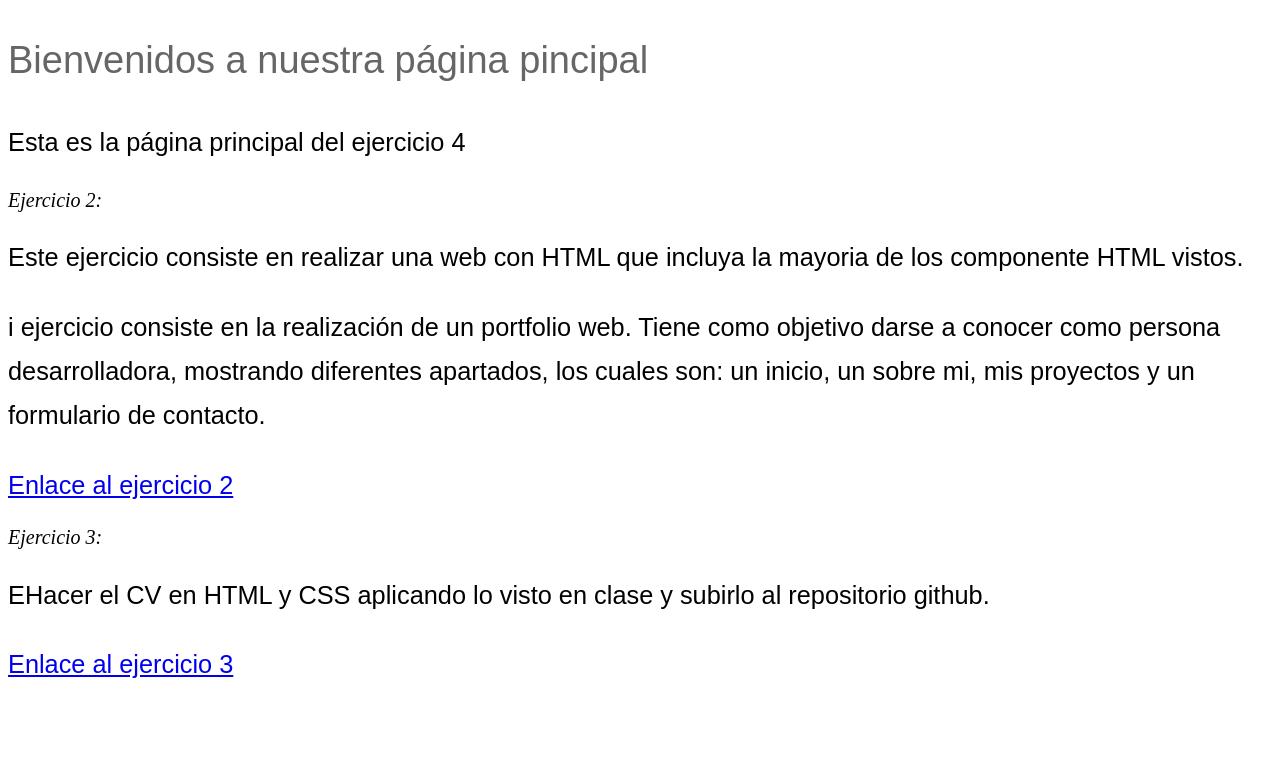
Repository: conmarred/Ejercicio4-Web
Page: Ejercicio4Web/src/main/webapp/index.html
These files come from the project's save history. The page is drawn as it stood at one moment and after the next save; the edit follows.
The browser window is 1280 px wide. The pictures show the whole page.
Some web fonts or font styles are not loaded; a fallback is used.

Above is the page before, as saved 2022-03-09 12:25:53.

### Ejercicio4Web/src/main/webapp/index.html
<!DOCTYPE html>
<html>
<head>
	<meta charset="UTF-8">
	<title>Pagina principal</title>
	<link rel="stylesheet" href="css/estilos.css">
</head>
<body>
	<div id="main">

		<section id="top">
			<div class="container">
				<h1>Bienvenidos a nuestra página pincipal</h1>
				<p>Esta es la página principal del ejercicio 4</p>
				<p class="titulo2">Ejercicio 2:</p>
				<p>Este ejercicio consiste en realizar
				una web con HTML que incluya la mayoria de los componente HTML vistos.</p>
				<p>i ejercicio consiste en la realización de un portfolio web. Tiene como objetivo
				 darse a conocer como persona desarrolladora, mostrando diferentes apartados, los cuales son:
				 un inicio, un sobre mi, mis proyectos y un formulario de contacto.</p>
				<a href="ejercicio2.html">Enlace al ejercicio 2</a>
				<p class="titulo2">Ejercicio 3:</p>
				<p>EHacer el CV en HTML y CSS aplicando lo visto en clase y subirlo al repositorio github.</p>
				<a href="ejercicio3.html">Enlace al ejercicio 3</a>
			</div>
		</section>
	</div>

</body>
</html>

### Ejercicio4Web/src/main/webapp/css/estilos.css
@import url("fontawesome-all.min.css");
@import url("https://fonts.googleapis.com/css?family=Source+Sans+Pro:300,300italic,400,600");


/* Basic */

html {
	box-sizing: border-box;
}


body {
	background: #fff;
	font-family: 'Source Sans Pro', sans-serif;
	font-size: 19pt;
	font-weight: 300;
	line-height: 1.75em;
}


h1 {
	font-weight: 300;
	color: #666;
	line-height: 1.5em;
}


/* Container */

.container {
	margin: 0 auto;
	max-width: 100%;
	width: 1400px;
}

@media screen and (max-width: 700px) {

	.container {
		width: 100%;
	}

}


/* Section */

section {
	margin-bottom: 3em;
}

.titulo1 {
	font: 400 50px Bitter, serif;
	line-height: 20px;
	color: black;
	text-align: center;
}

.titulo2 {
	font-family: Bitter, serif;
	font-weight: 400;
	font-style: italic;
	font-size: 20px;
	line-height: 20px;
	color: black;
	text-align: left;
}

After the next save:
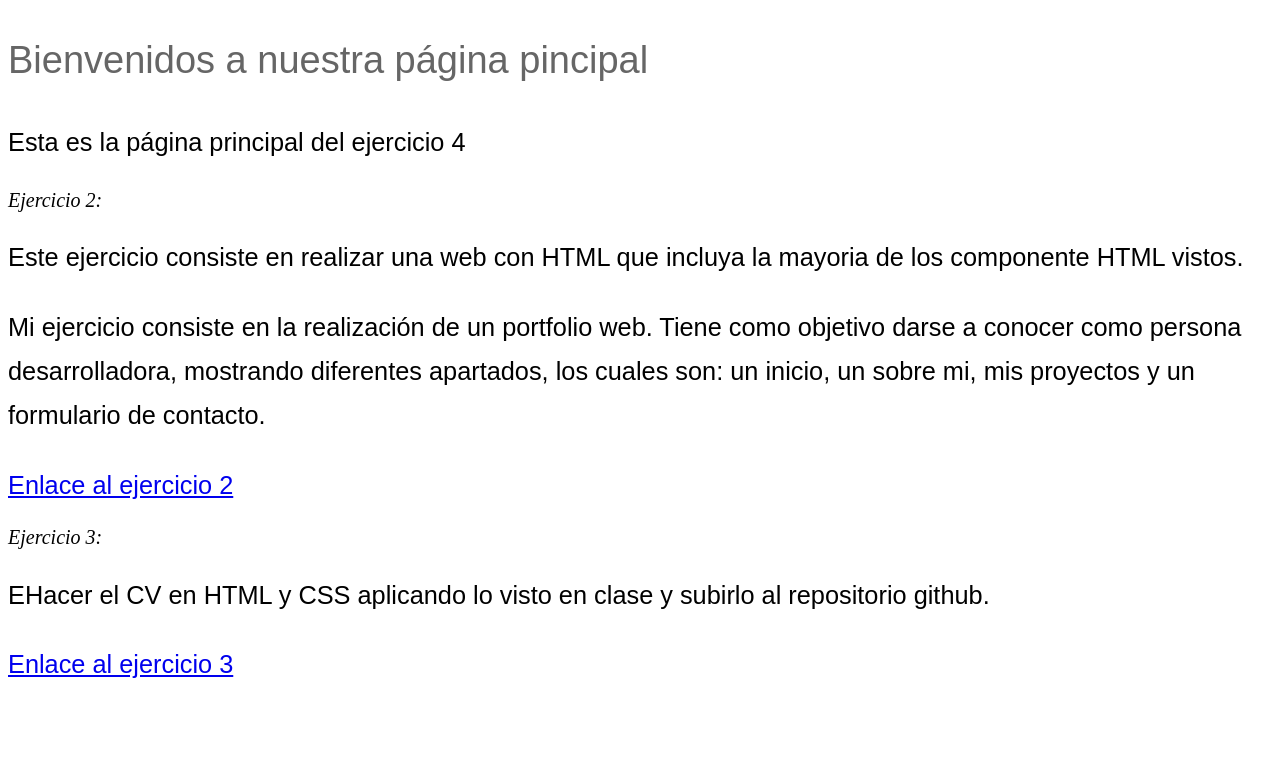
Saved 15 s later.
--- a/Ejercicio4Web/src/main/webapp/index.html
+++ b/Ejercicio4Web/src/main/webapp/index.html
@@ -15,7 +15,7 @@
 				<p class="titulo2">Ejercicio 2:</p>
 				<p>Este ejercicio consiste en realizar
 				una web con HTML que incluya la mayoria de los componente HTML vistos.</p>
-				<p>i ejercicio consiste en la realización de un portfolio web. Tiene como objetivo
+				<p>Mi ejercicio consiste en la realización de un portfolio web. Tiene como objetivo
 				 darse a conocer como persona desarrolladora, mostrando diferentes apartados, los cuales son:
 				 un inicio, un sobre mi, mis proyectos y un formulario de contacto.</p>
 				<a href="ejercicio2.html">Enlace al ejercicio 2</a>
